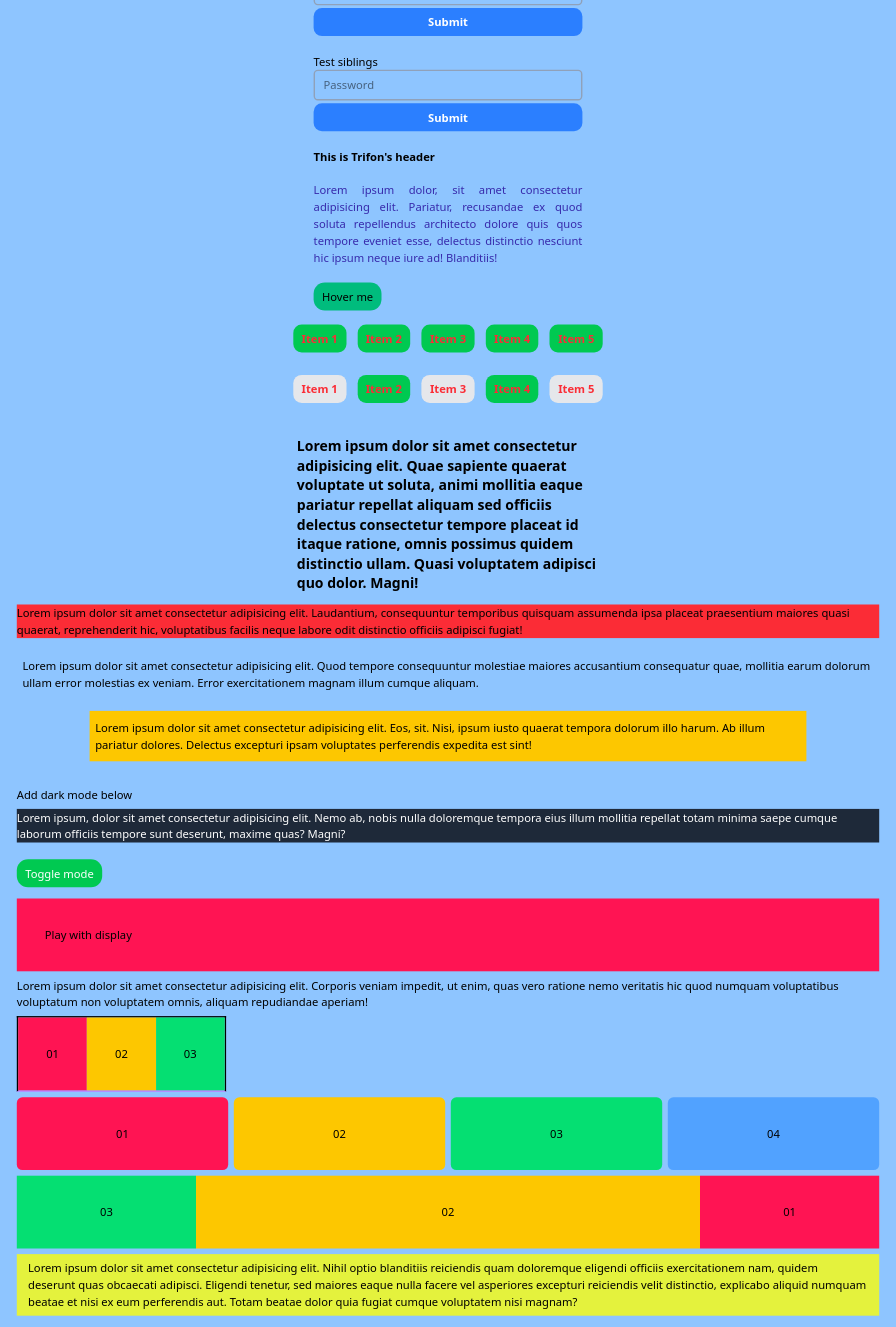
Repository: DinTri/TailwindCss
Page: index.html
These files come from the project's save history. The page is drawn as it stood at one moment and after the next save; the edit follows.
The browser window is 1280 px wide. The pictures show the part of the page from y = 2621 to 4541 px (the page is 4517 px tall before and 4541 px after), at 70% of full size.
Some web fonts or font styles are not loaded; a fallback is used.

Above is the page before, as saved 2025-06-16 19:56:56.

After the next save:
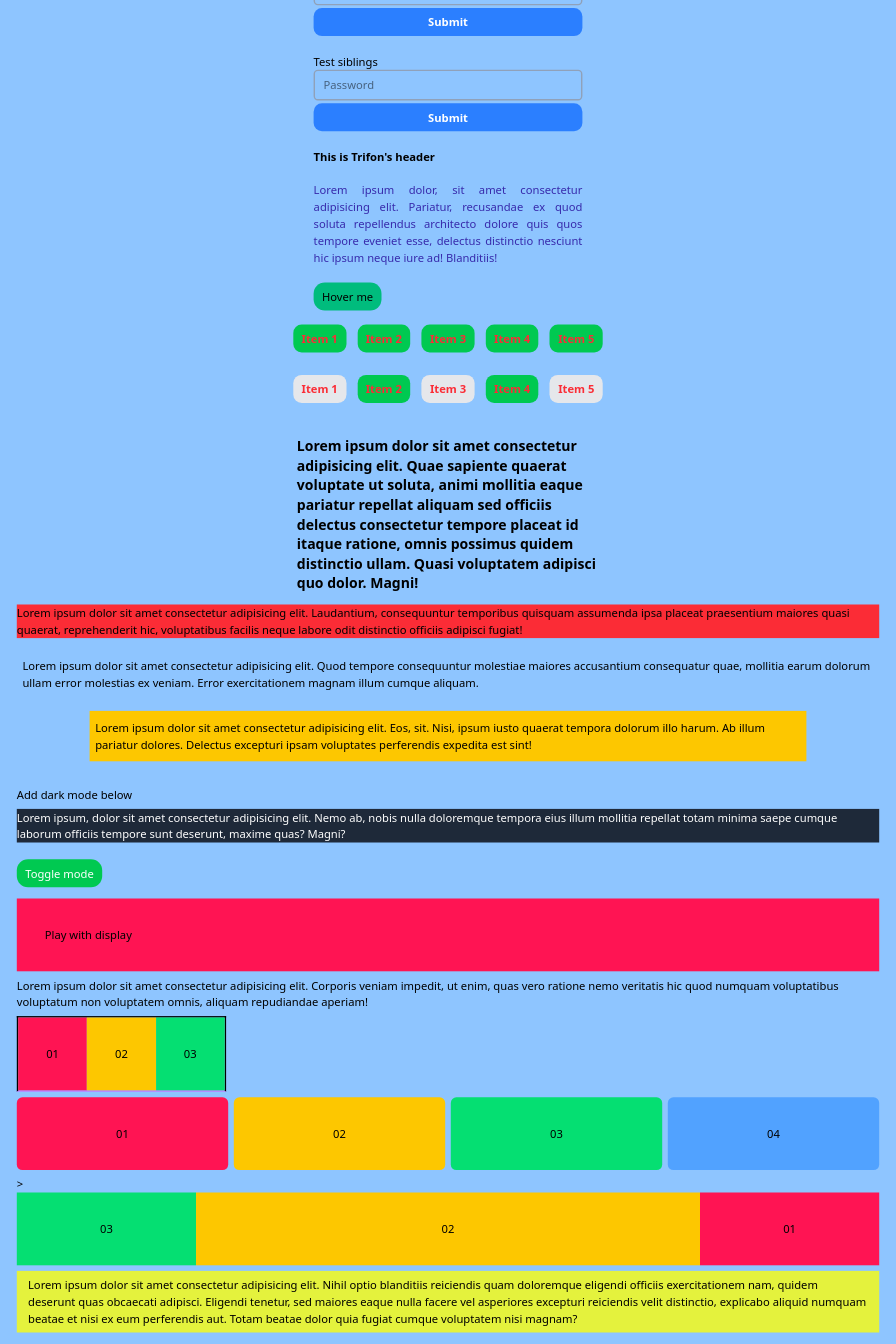
Saved 43 min 31 s later.
--- a/index.html
+++ b/index.html
@@ -167,6 +167,7 @@
     <div class="basis-128 p-10 bg-green-400">03</div>
     <div class="basis-128 p-10 bg-blue-400">04</div>
   </div>
+  <!--flex; flex-1;-->>
   <div class="flex flex-row-reverse flex-nowrap justify-center items-center *:text-center">
     <div class="basis-64 p-10 bg-[#ff1453]">01</div>
     <div class="text-center grow basis-128 p-10 bg-yellow-400">02</div>

After the save that followed:
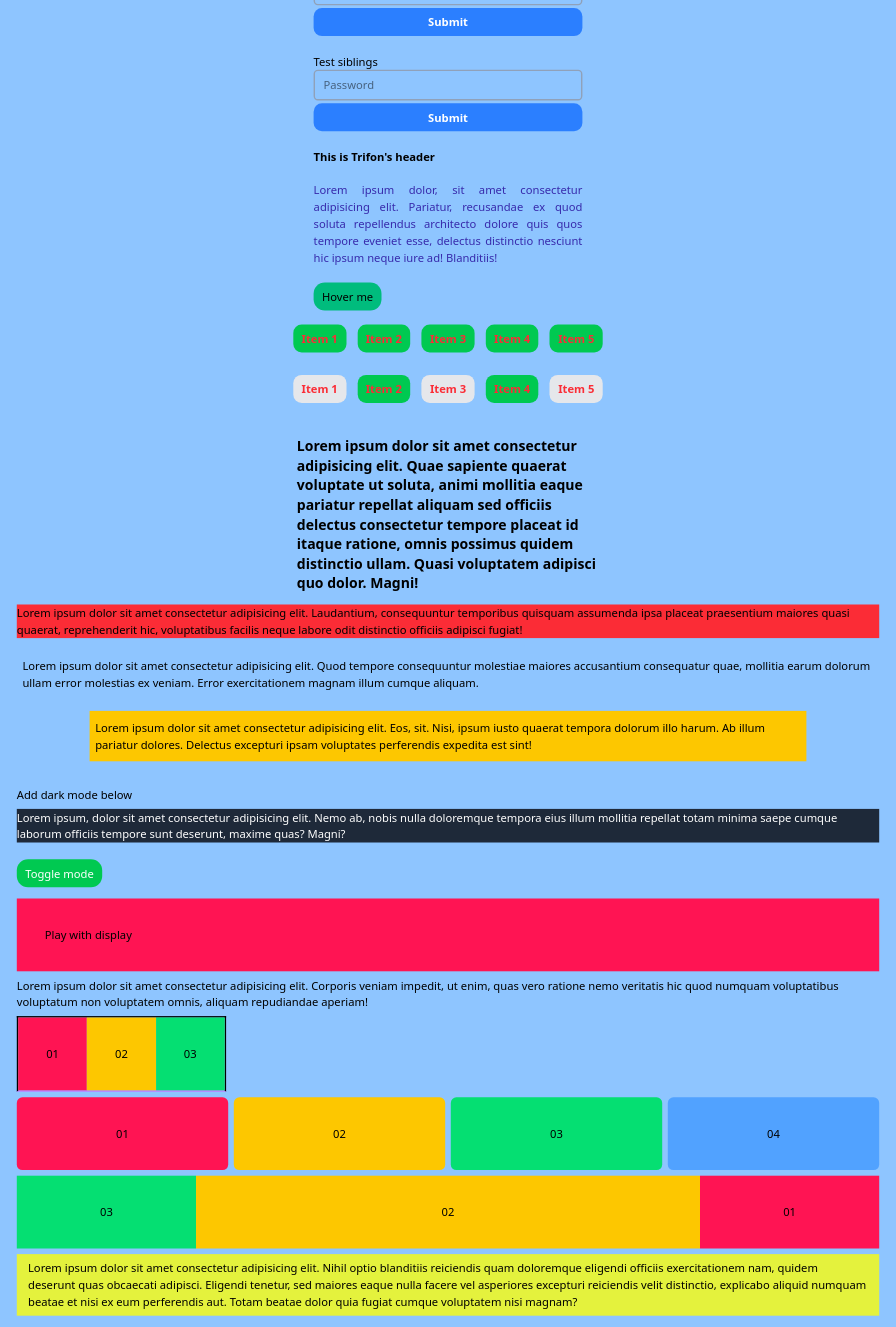
Saved 37 s later.
--- a/index.html
+++ b/index.html
@@ -167,7 +167,7 @@
     <div class="basis-128 p-10 bg-green-400">03</div>
     <div class="basis-128 p-10 bg-blue-400">04</div>
   </div>
-  <!--flex; flex-1;-->>
+  <!--flex; flex-1; flex-auto; flex-shrink; flex-initial; flex-none-->
   <div class="flex flex-row-reverse flex-nowrap justify-center items-center *:text-center">
     <div class="basis-64 p-10 bg-[#ff1453]">01</div>
     <div class="text-center grow basis-128 p-10 bg-yellow-400">02</div>
